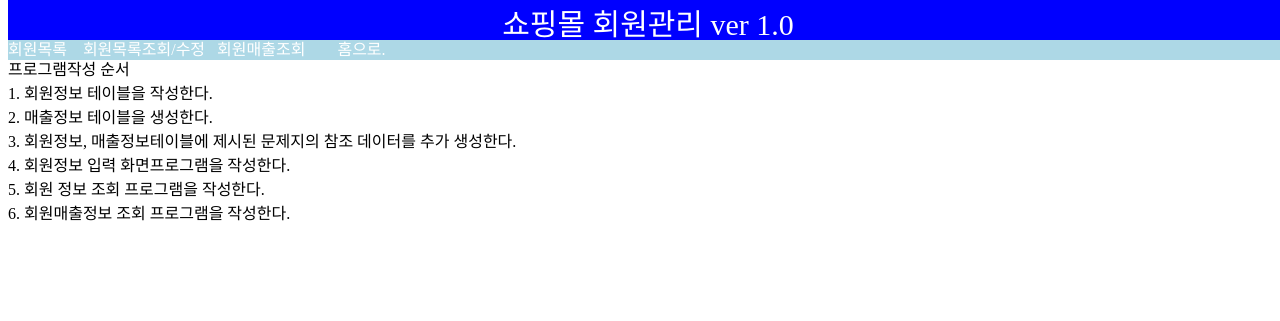
Repository: RnfElwl/youtube_infoT
Page: http://localhost/HRD_30812/
The author's editor kept a copy of each file at every save. The page is drawn from the files as they stood at one save, then again after the next save.
The browser window is 1280 px wide. The pictures show the whole page.
The page is served by Tomcat 9. Other server files are loaded and not shown.

Above is the page before, as saved 2022-03-10 14:09:25.

### HRD_30812/src/main/webapp/index.jsp
<%@ page language="java" contentType="text/html; charset=UTF-8"
    pageEncoding="UTF-8"%>
<!DOCTYPE html>
<html>
<head>
<meta charset="UTF-8">
<title>index</title>
</head>
<body>
	<header style="position:fixed; top:0px; width:100%; height:40px;
	background-color:blue; color:white;font-size:30px; text-align:center; line-height:40px '"> 쇼핑몰 회원관리 ver 1.0</header>
	<nav style="position:fixed; top:40px; width:100%; height:20px;
	background-color:lightblue; color:white; line-height:20px ">회원목록 &nbsp;&nbsp; 회원목록조회/수정 &nbsp;&nbsp;회원매출조회 &nbsp; &nbsp; &nbsp; &nbsp;홈으로.</nav>
	<section>
	 쇼핑몰 회원관리 프로그램<br>
	 쇼핑몰 회원정보와 회원매출 정보 데이터베이스를 구축하고 회원 관리 프로그램을 작성하는 프로그램이다.<br>
	 프로그램작성 순서<br>
	 1. 회원정보 테이블을 작성한다.<br>
	 2. 매출정보 테이블을 생성한다.<br>
	 3. 회원정보, 매출정보테이블에 제시된 문제지의 참조 데이터를 추가 생성한다.<br>
	 4. 회원정보 입력 화면프로그램을 작성한다.<br>
	 5. 회원 정보 조회 프로그램을 작성한다.<br>
	 6. 회원매출정보 조회 프로그램을 작성한다.<br>

	</section>
</body>
</html>

After the next save:
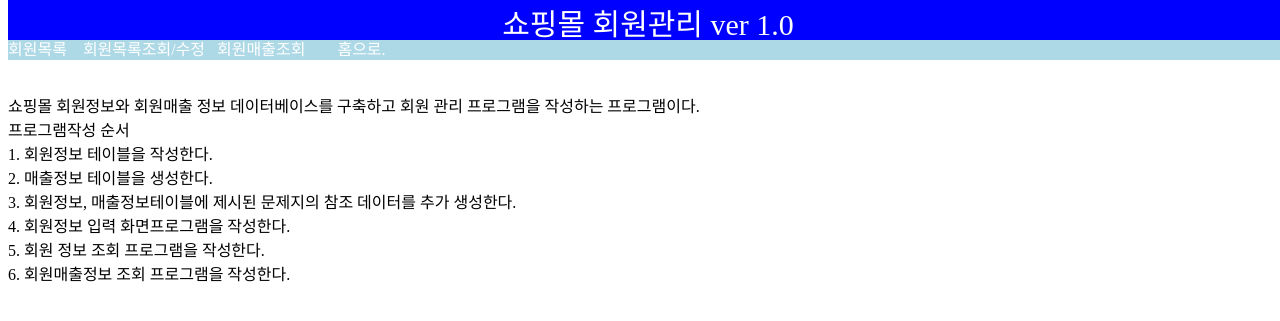
Saved 28 s later.
--- a/HRD_30812/src/main/webapp/index.jsp
+++ b/HRD_30812/src/main/webapp/index.jsp
@@ -12,7 +12,7 @@
 	<nav style="position:fixed; top:40px; width:100%; height:20px;
 	background-color:lightblue; color:white; line-height:20px ">회원목록 &nbsp;&nbsp; 회원목록조회/수정 &nbsp;&nbsp;회원매출조회 &nbsp; &nbsp; &nbsp; &nbsp;홈으로.</nav>
 	<section>
-	 쇼핑몰 회원관리 프로그램<br>
+	 <h2>쇼핑몰 회원관리 프로그램</h2><br>
 	 쇼핑몰 회원정보와 회원매출 정보 데이터베이스를 구축하고 회원 관리 프로그램을 작성하는 프로그램이다.<br>
 	 프로그램작성 순서<br>
 	 1. 회원정보 테이블을 작성한다.<br>
@@ -21,7 +21,6 @@
 	 4. 회원정보 입력 화면프로그램을 작성한다.<br>
 	 5. 회원 정보 조회 프로그램을 작성한다.<br>
 	 6. 회원매출정보 조회 프로그램을 작성한다.<br>
-
 	</section>
 </body>
 </html>
